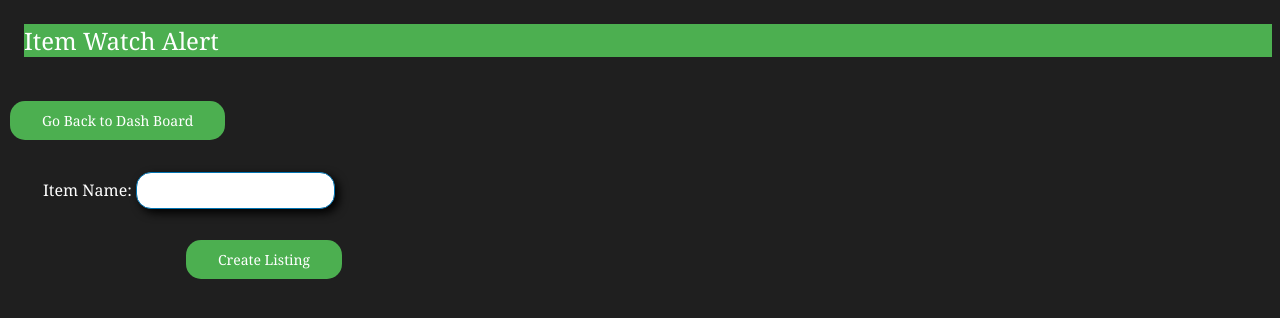
Repository: JephteyAdolphe/auction-system
Page: http://localhost/project/create_watching_alert.jsp
These files come from the project's save history. The page is drawn as it stood at one moment and after the next save; the edit follows.
The browser window is 1280 px wide. The pictures show the whole page.
The page is served by Tomcat 10. Other server files are loaded and not shown.

Above is the page before, as saved 2021-04-23 06:14:02.

### project/WebContent/create_watching_alert.jsp
<%@ page language="java" contentType="text/html; charset=ISO-8859-1"
    pageEncoding="ISO-8859-1" import="com.cs336.pkg.*"%>
<%@ page import="java.io.*,java.util.*,java.sql.*"%>
<%@ page import="javax.servlet.http.*,javax.servlet.*" %>


<!DOCTYPE html PUBLIC "-//W3C//DTD HTML 4.01 Transitional//EN" "http://www.w3.org/TR/html4/loose.dtd">
<html>
	<head>
		<meta http-equiv="Content-Type" content="text/html; charset=ISO-8859-1">
		<title>BuyMe</title>
		<link rel="stylesheet" href="mystyle.css" type= "text/css">
	</head>

	<body style="background-color:#1F1F1F;">

	<div class="Login">
	<p style="font-family:georgia,garamond,serif;font-size:24px;font-style:bold;color:white;">
         Item Watch Alert
      </p>
	</div>

		<form method="get" action="dashboard.jsp"><input type="submit" value="Go Back to Dash Board"></form>

		<form method="post" id="listing_form" action="auctionServlet">
		<div class="inputs">
		<input type="hidden" name="listing_form" value="123">
			<table>
				<tr>
					<td> <p style="font-family:georgia,garamond,serif;font-size:16px;color:white;">
         			Item Name:</p> </td> <td><input type="text" name="item_name"></td>
				</tr>
			</table>
			</div>
			<div class="submit">
			<input type="submit" value="Create Listing">
			</div>
		</form>
	<br>

</body>
</html>

### project/WebContent/mystyle.css
.inputs{
	 Margin-left: 2em;
}
.Login{
	Margin-left: 1em;
	background-color: #4CAF50;
}
.submit{
	Margin-left: 11em;
}
input[type=text] {
  width: auto;
   padding:10px;
  border-radius:15px;
  margin: 8px 0;
  display: inline-block;
  border: 1px solid #0073B1;
  box-sizing: border-box;
  box-shadow:4px 4px 10px
}

input[type=submit] {
  background-color: #4CAF50;
  border: none;
  color: white;
  padding: 10px 32px;
  font-family:georgia,garamond,serif;
  text-decoration: none;
    margin: 20px 2px;
    border-radius:15px;
  font-size:14px;
  cursor: pointer;
}

input[type=submit]:hover {
  background-color: #74E46C;
}

After the next save:
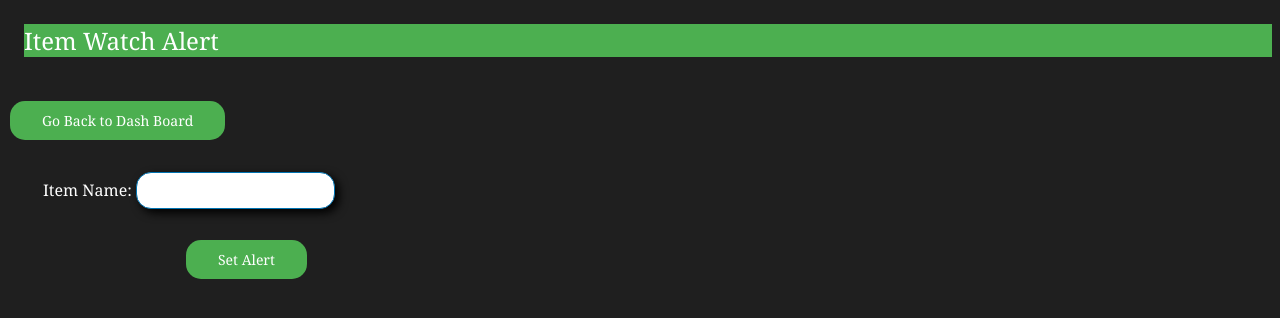
Saved 26 s later.
--- a/project/WebContent/create_watching_alert.jsp
+++ b/project/WebContent/create_watching_alert.jsp
@@ -33,7 +33,7 @@
 			</table>
 			</div>
 			<div class="submit">
-			<input type="submit" value="Create Listing">
+			<input type="submit" value="Set Alert">
 			</div>
 		</form>
 	<br>
